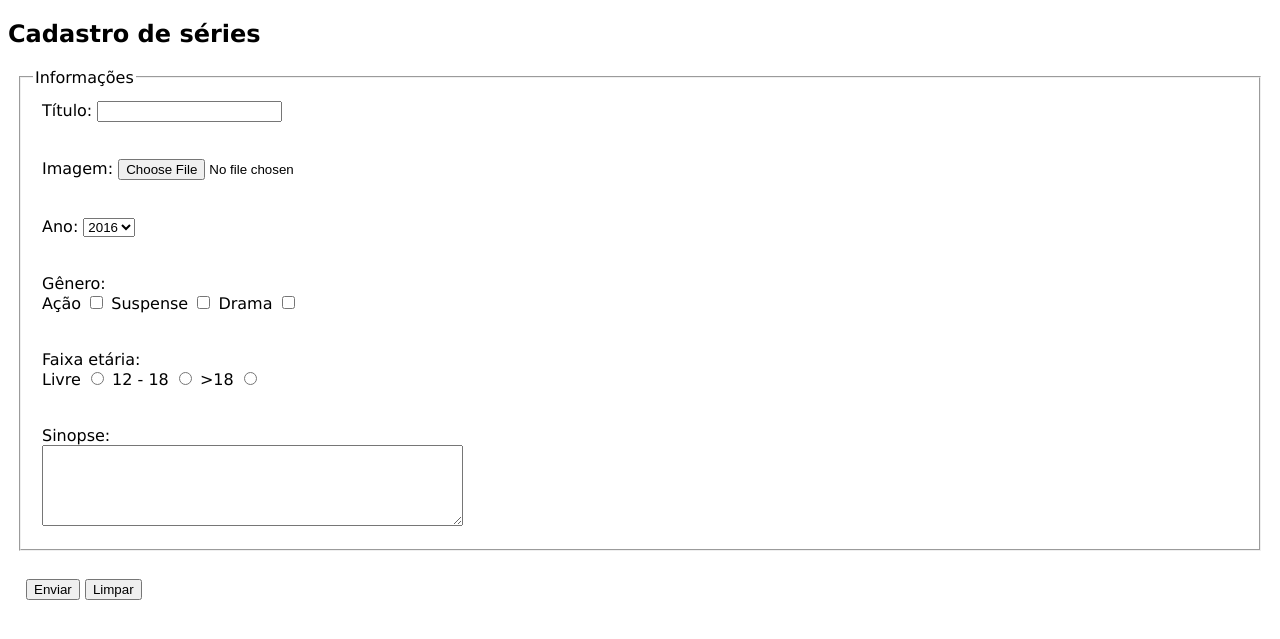
Repository: shamanickCoder/FIAP
Page: Desenvolvimentos de Sistemas Web/1 semestre/Javascript/CSS-AULAS/09-CSS/WebContent/cadastro.html
These files come from the project's save history. The page is drawn as it stood at one moment and after the next save; the edit follows.
The browser window is 1280 px wide. The pictures show the whole page.

Above is the page before, as saved 2016-03-30 11:45:58.

After the next save:
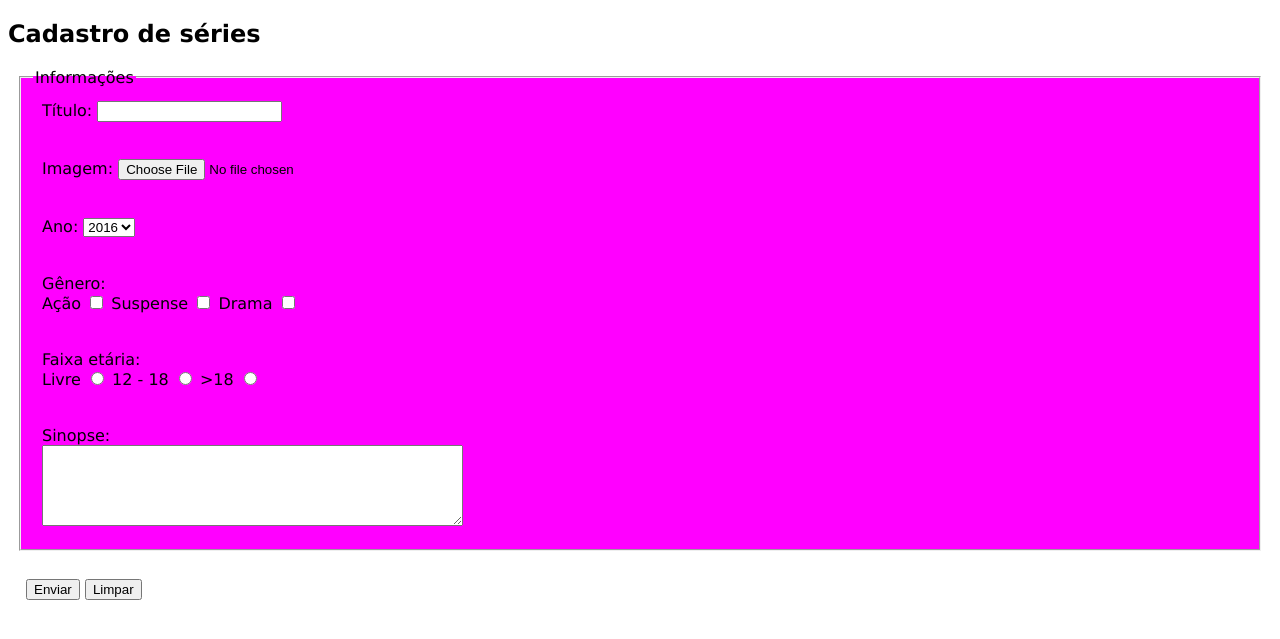
Saved 3 min 18 s later.
--- a/Desenvolvimentos de Sistemas Web/1 semestre/Javascript/CSS-AULAS/09-CSS/WebContent/estilo.css
+++ b/Desenvolvimentos de Sistemas Web/1 semestre/Javascript/CSS-AULAS/09-CSS/WebContent/estilo.css
@@ -4,3 +4,6 @@ body {
 .campo {
 	margin: 9px;
 }
+fieldset {
+	background-color: fuchsia;
+}
